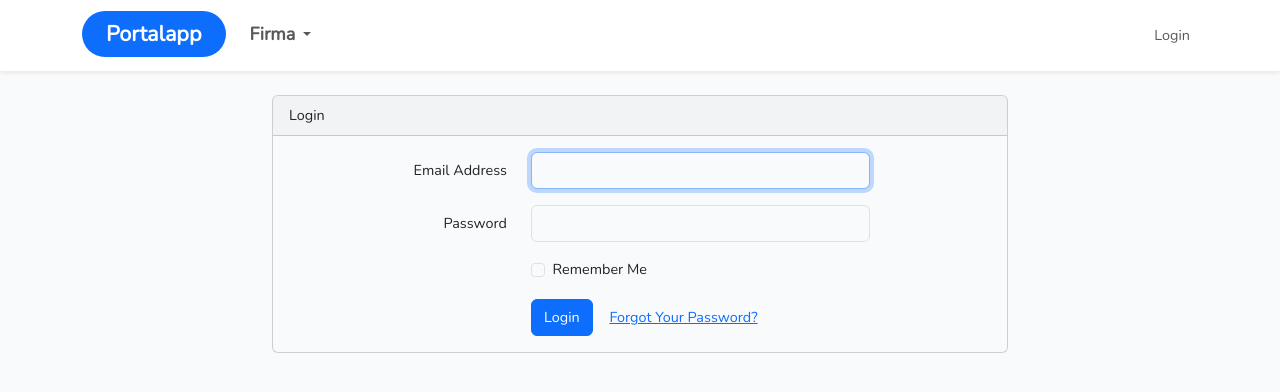
Repository: oguzhansade/portalapp
Page: http://localhost/login
An editor plug-in stored every save of this project. The page is shown before and after the next save, followed by the edit.
The browser window is 1280 px wide. The pictures show the whole page.
The page is served by the project's Laravel application, run on PHP 8.4 with Laravel 9. Style sheets and scripts are compiled from the project's sources, by tool versions that may differ from the author's.

Above is the page before, as saved 2023-06-29 11:41:34.

After the next save:
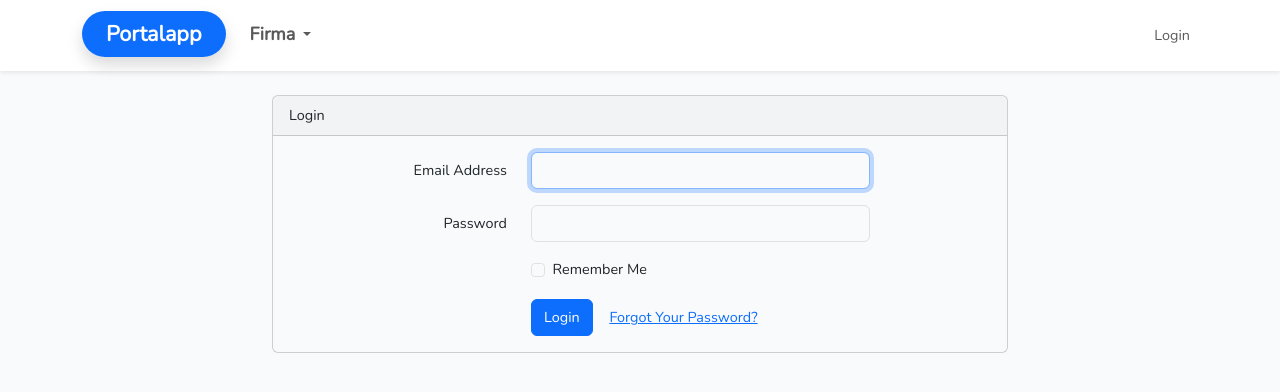
Saved 17 s later.
--- a/resources/views/layouts/app.blade.php
+++ b/resources/views/layouts/app.blade.php
@@ -40,7 +40,7 @@
         <nav class="navbar navbar-expand-md navbar-light bg-white shadow-sm ">
             <div class="container py-2">
                 <a class="navbar-brand" href="{{ url('/') }}">
-                    <span class="h4 px-4 py-2 bg-primary text-white  rounded-custom"><b>{{ config('app.name', 'Laravel') }}</b></span> </span>
+                    <span class="h4 px-4 py-2 bg-primary text-white shadow rounded-custom"><b>{{ config('app.name', 'Laravel') }}</b></span> </span>
                 </a>
                 <button class="navbar-toggler" type="button" data-bs-toggle="collapse" data-bs-target="#navbarSupportedContent" aria-controls="navbarSupportedContent" aria-expanded="false" aria-label="{{ __('Toggle navigation') }}">
                     <span class="navbar-toggler-icon"></span>
